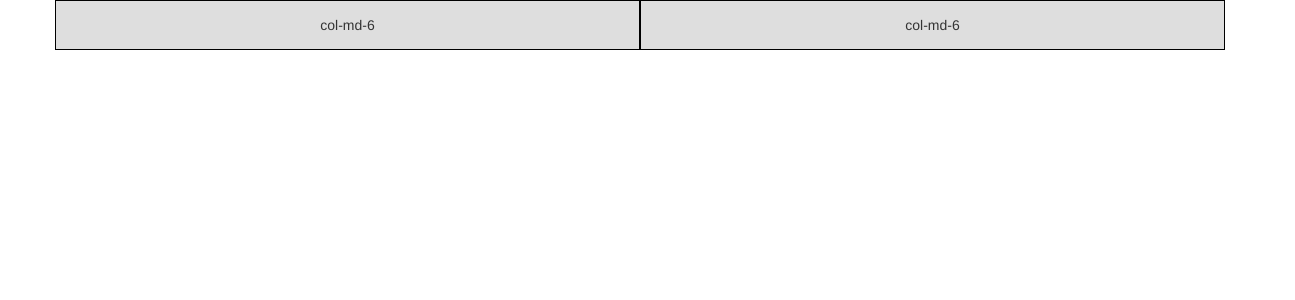
Repository: mizukits2/kadai-monolist
Page: bootstrap_lesson.html
The author's editor kept a record of every edit. The page is drawn from the files as they stood at one moment, then again after the next edit.
The browser window is 1280 px wide. The page is 1280 px wide, then 1295 px, so the pictures cover 1295 px, including what lies to the right of the window. The pictures show the whole page.

Above is the page before.

### bootstrap_lesson.html
<!DOCTYPE html>
<html>
  <head>
    <meta charset="utf-8">
    <meta http-equiv="X-UA-Compatible" content="IE=edge">
    <meta name="viewport" content="width=device-width, initial-scale=1">

    <title>Grid System Test</title>

    <!-- Bootstrap CSS-->
    <link rel="stylesheet" href="https://maxcdn.bootstrapcdn.com/bootstrap/3.3.7/css/bootstrap.min.css">
    <!-- jQuery -->
    <script src="https://ajax.googleapis.com/ajax/libs/jquery/1.12.4/jquery.min.js"></script>
    <!-- Bootstrap JavaScript-->
    <script src="https://maxcdn.bootstrapcdn.com/bootstrap/3.3.7/js/bootstrap.min.js"></script>

    <style>
      .row div {
        border: 1px solid #000;
        padding: 1em;
        text-align: center;
        background-color: #dedede;
      }

    </style>

  </head>
  <body>
    <div class="container">
      <div class="row">
        <div class="col-md-6">col-md-6</div>
        <div class="col-md-6">col-md-6</div>
      </div>
    </div>
  </body>
</html>

After the next edit:
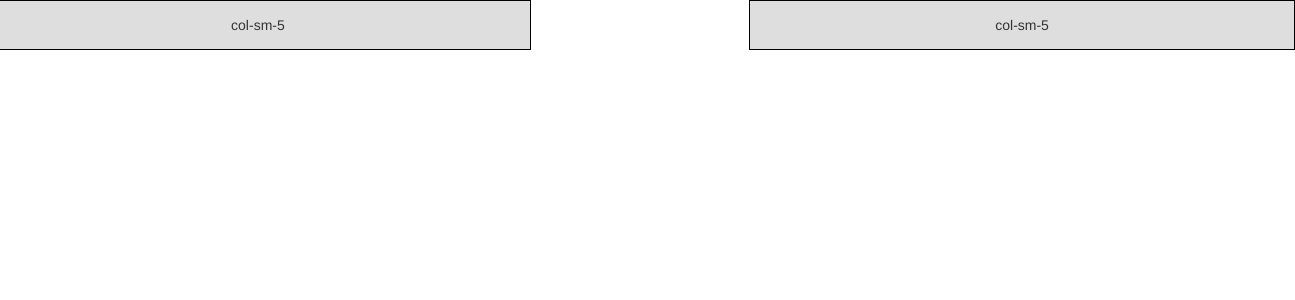
The edit:
--- a/bootstrap_lesson.html
+++ b/bootstrap_lesson.html
@@ -26,11 +26,9 @@
 
   </head>
   <body>
-    <div class="container">
       <div class="row">
-        <div class="col-md-6">col-md-6</div>
-        <div class="col-md-6">col-md-6</div>
+        <div class="col-sm-5">col-sm-5</div>
+        <div class="col-sm-offset-2 col-sm-5">col-sm-5</div>
       </div>
-    </div>
   </body>
 </html>
